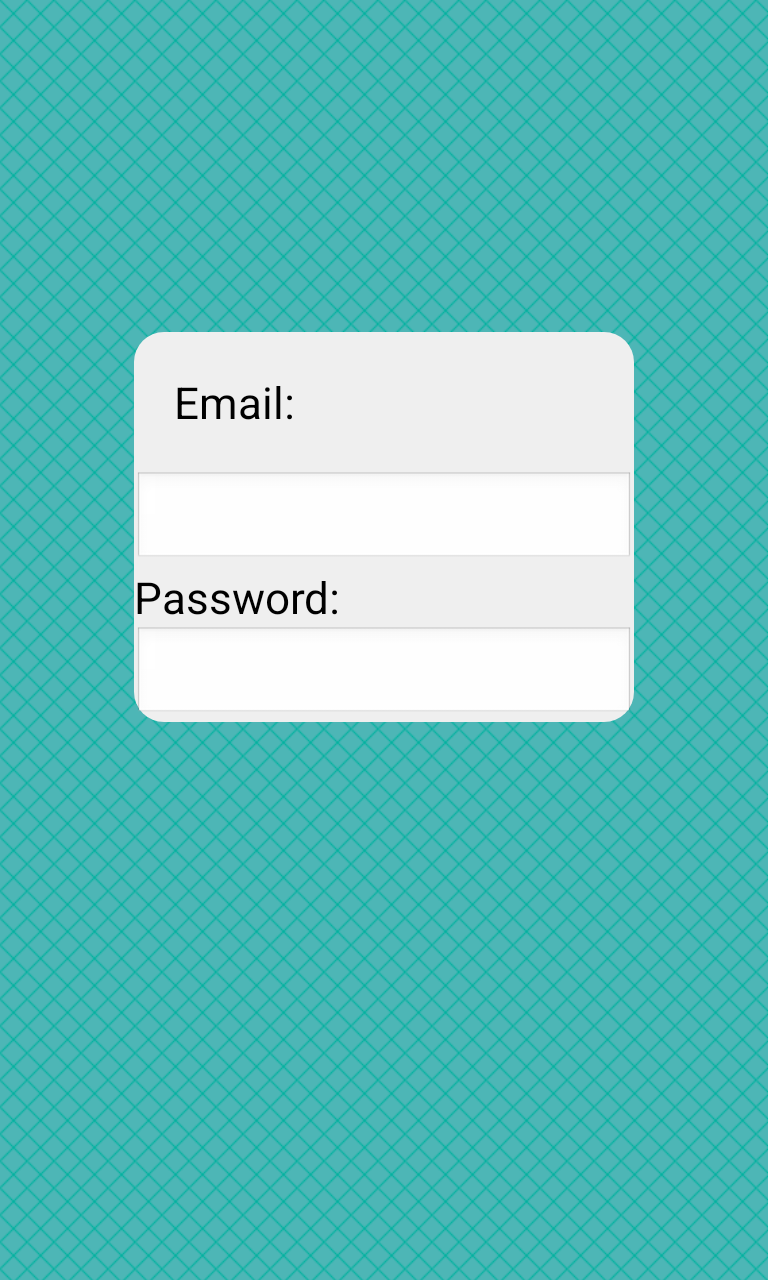
Repository: ppamorim/Coderock-X
Layout: workspace-Android/teste1/res/layout/activity_login.xml
These files come from the project's save history. The layout is drawn as it stood at one moment and after the next save; the edit follows.
It is drawn on a 768 x 1280 px phone screen (xhdpi) without system bars, with theme android:Theme.NoTitleBar; the app's code is not run.

Above is the layout before, as saved 2014-01-05 06:03:31.

### workspace-Android/teste1/res/layout/activity_login.xml
<?xml version="1.0" encoding="utf-8"?>
<LinearLayout xmlns:android="http://schemas.android.com/apk/res/android"
    xmlns:tools="http://schemas.android.com/tools"
    android:id="@+id/LinearLayout1"
    android:layout_width="match_parent"
    android:layout_height="match_parent"
    android:background="@drawable/background"
    android:orientation="vertical"
    android:paddingBottom="@dimen/activity_vertical_margin"
    android:paddingLeft="@dimen/activity_horizontal_margin"
    android:paddingRight="@dimen/activity_horizontal_margin"
    android:paddingTop="@dimen/activity_vertical_margin"
    tools:context=".MainActivity" >

	<!-- <View
        android:id="@+id/spacer1"
        android:layout_width="wrap_content"
        android:layout_height="0dp"
        android:layout_gravity="center_horizontal"
        android:layout_weight="0.18"
        android:background="@layout/rounded" />-->

    <FrameLayout
        android:layout_width="250dp"
        android:layout_height="wrap_content"
        android:layout_gravity="center"
        android:background="@layout/rounded"
        android:layout_marginTop="150dp">

        <LinearLayout
            android:layout_width="match_parent"
            android:layout_height="match_parent"
            android:orientation="vertical" >

            <TextView
                android:id="@+id/textView1"
                android:layout_width="wrap_content"
                android:layout_height="wrap_content"
                android:text="@string/Email"
                android:textColor="#000"
                android:layout_margin="20dp"
                android:textAppearance="?android:attr/textAppearanceLarge" />

            	<EditText
            	android:id="@+id/editText1"
            	android:layout_width="match_parent"
            	android:layout_height="wrap_content"
            	android:ems="10" />

            <TextView
                android:id="@+id/textView2"
                android:layout_width="wrap_content"
                android:layout_height="wrap_content"
                android:text="@string/Password"
                android:textColor="#000"
                android:textAppearance="?android:attr/textAppearanceLarge" />

        <EditText
            android:id="@+id/editText1"
            android:layout_width="match_parent"
            android:layout_height="wrap_content"
            android:ems="10" >
        </EditText>
        </LinearLayout>

    </FrameLayout>

</LinearLayout>

### workspace-Android/teste1/res/drawable-hdpi/background.xml
<?xml version="1.0" encoding="utf-8"?>
<bitmap xmlns:android="http://schemas.android.com/apk/res/android"
  android:src="@drawable/bg"
  android:tileMode="repeat" />

### workspace-Android/teste1/res/layout/rounded.xml
<?xml version="1.0" encoding="utf-8"?>
<layer-list xmlns:android="http://schemas.android.com/apk/res/android">
    <item>
        <shape android:shape="rectangle" >
            <corners android:radius="15dip" />
            <solid android:color="#efefef" />
            <stroke android:width="0dp" android:color="#bebfc1"/>
        </shape>
    </item>
</layer-list>

### workspace-Android/teste1/res/values/strings.xml
<?xml version="1.0" encoding="utf-8"?>
<resources>

    <string name="app_name">Feel</string>
    <string name="action_settings">Settings</string>
    <string name="hello_world">Hello world!</string>
    <string name="Email">Email:</string>
    <string name="Password">Password:</string>
    <string name="Resultado">Resultado:</string>
    <string name="BotaoSomar">Somar</string>
    <string name="BotaoSub">Subtrair</string>
    <string name="BotaoMulti">Multiplicar</string>
    <string name="BotaoDividir">Dividir</string>

</resources>

Loaded but not shown: workspace-Android/teste1/res/values/dimens.xml (common file)

After the next save:
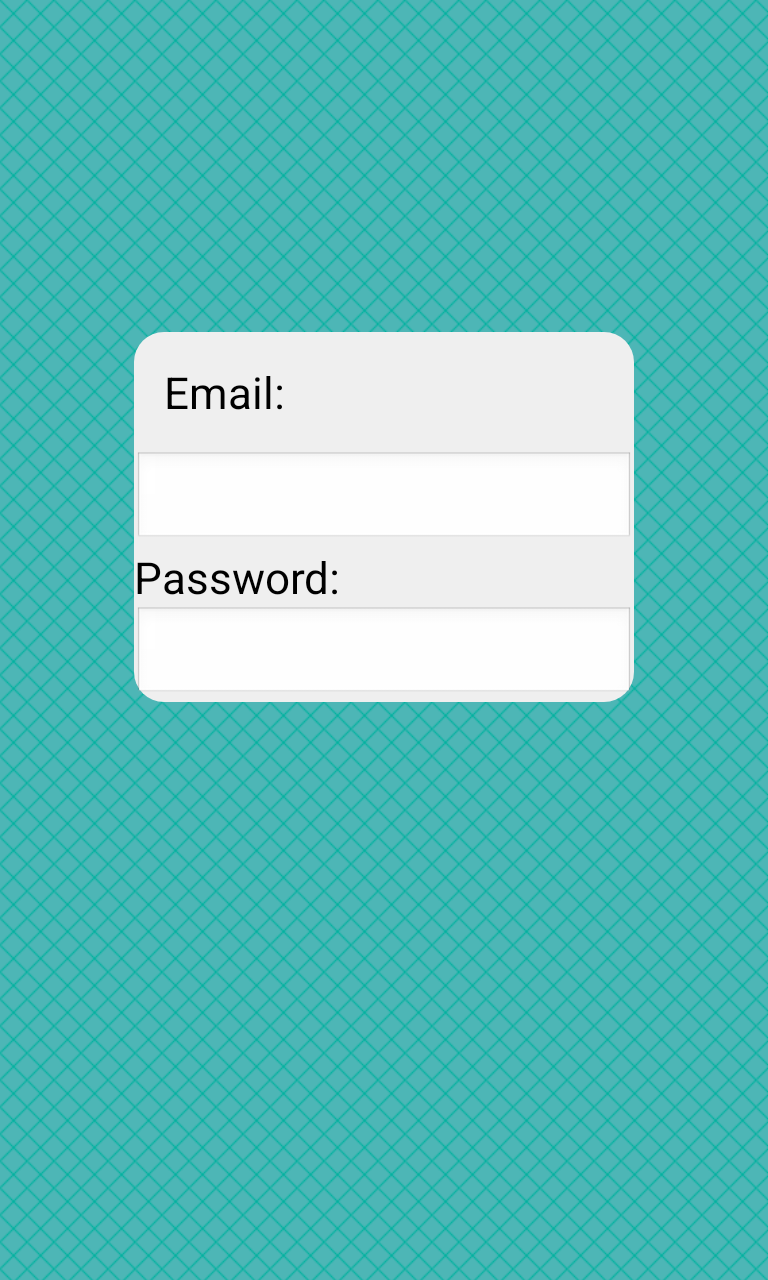
Saved 10 s later.
--- a/workspace-Android/teste1/res/layout/activity_login.xml
+++ b/workspace-Android/teste1/res/layout/activity_login.xml
@@ -38,7 +38,7 @@
                 android:layout_height="wrap_content"
                 android:text="@string/Email"
                 android:textColor="#000"
-                android:layout_margin="20dp"
+                android:layout_margin="15dp"
                 android:textAppearance="?android:attr/textAppearanceLarge" />
 
             	<EditText
